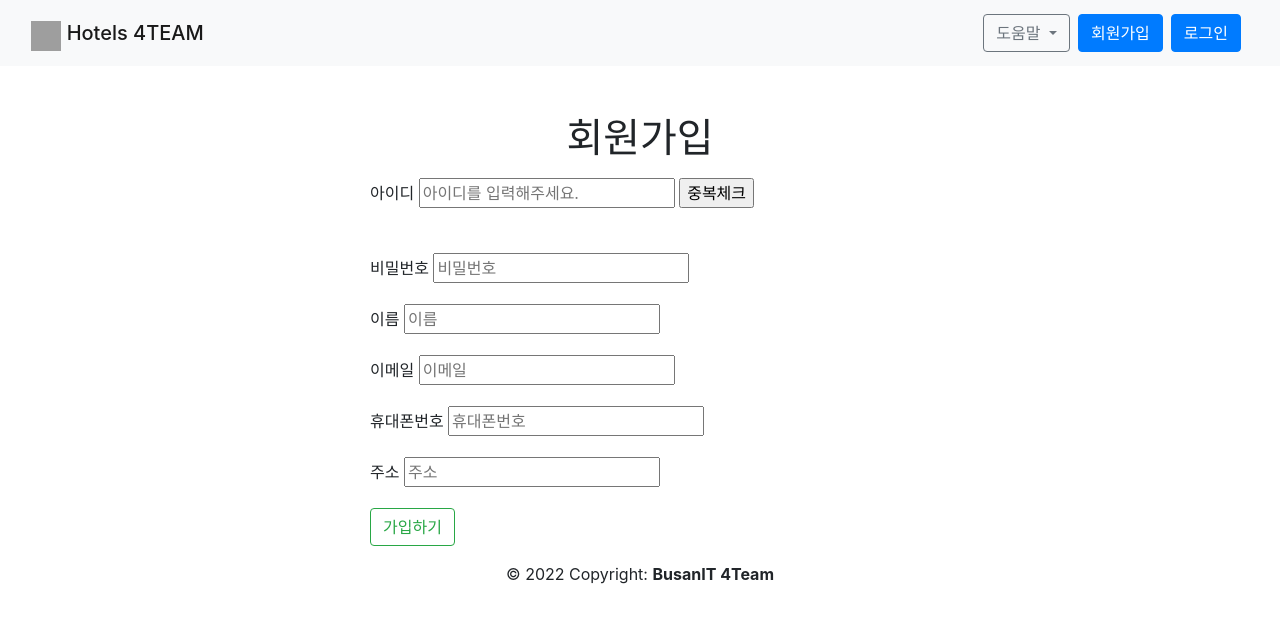
Repository: ShinKioh/Hotel_project
Page: http://localhost/HOTEL/register.jsp
An editor plug-in stored every save of this project. The page is shown before and after the next save, followed by the edit.
The browser window is 1280 px wide. The pictures show the whole page.
Pictures or frames that could not be fetched are drawn as grey boxes. The page is served by Tomcat 9.

Above is the page before, as saved 2022-02-21 00:19:37.

After the next save:
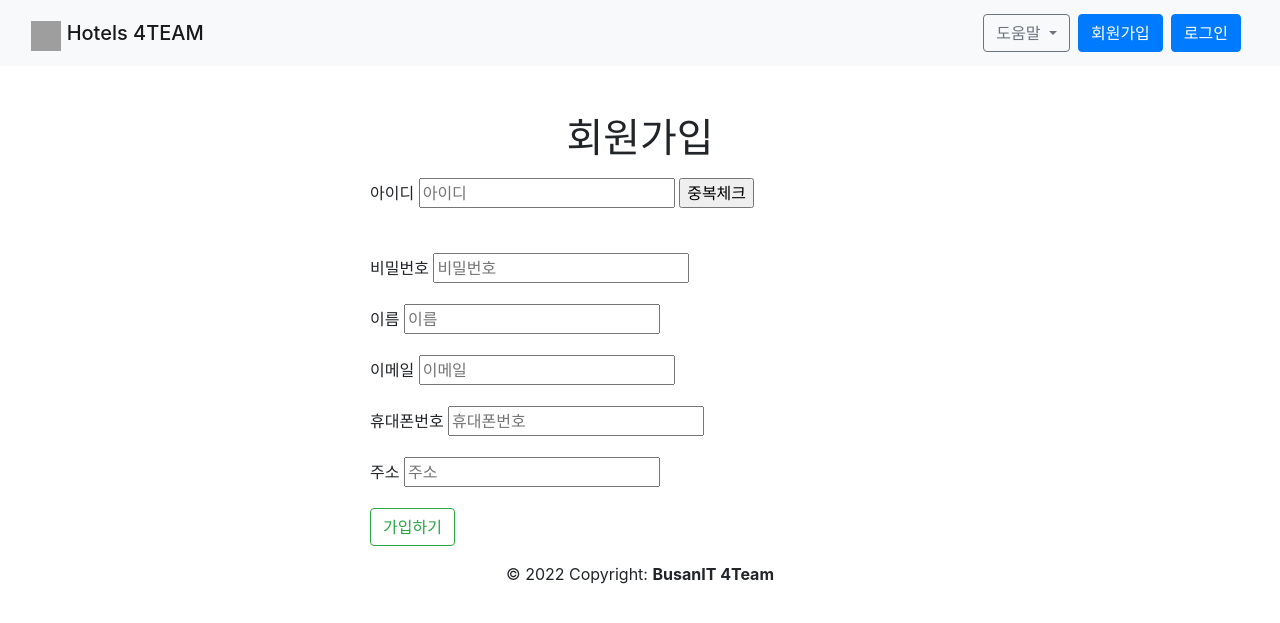
Saved 4 min 49 s later.
--- a/HOTEL/WebContent/register.jsp
+++ b/HOTEL/WebContent/register.jsp
@@ -12,7 +12,7 @@
 	<header>
 		<nav class="navbar navbar-expand-lg navbar-light bg-light">
 			<div class="container-fluid">
-				<a class="navbar-brand" href="main.jsp"> <img
+				<a class="navbar-brand" href="#"> <img
 					src="img/premium-icon-letter-h-5540593.png" alt="" width="30"
 					height="30" class="d-inline-block align-text-top"> <span
 					class="navbar-brand mb-0 h1">Hotels 4TEAM</span>
@@ -38,13 +38,13 @@
 		<div class="row mt-5">
 			<div class="col-md-6 mx-auto">
 				<h1 class="text-center">회원가입</h1>
-				<form action="<%=request.getContextPath()%>/main" method="post">
+				<form action="<%=request.getContextPath()%>/register" method="post">
 					<div class="form-group">
 						<input type="hidden" name="action" value="dologin">
 					</div>
 					<div class="form-group">
 						<label for="id">아이디</label> <input type="text" name="id"
-							placeholder="아이디를 입력해주세요."> <input type="button"
+							placeholder="아이디"> <input type="button"
 							onclick="sendServer()" value="중복체크">
 						<div id="output"></div>
 
@@ -53,17 +53,14 @@
 									.querySelector('input[type="text"]'); // 태그타입으로 선택
 							const output = document.getElementById('output');
 							const request = new XMLHttpRequest(); // Ajax request 객체 생성
-
 							function sendServer() {
 								// 버튼을 누르면 실행되는 함수
 								let id = input.value; // input창에 입력한 값
 								let url = 'idCheck.jsp?id=' + id; // 요청할 jsp페이지 주소
-
 								request.open('GET', url, true);
 								request.send();
 								request.onreadystatechange = getInfo;
 							}
-
 							function getInfo() {
 								if (request.readyState == 4
 										&& request.status == 200) {

After the save that followed:
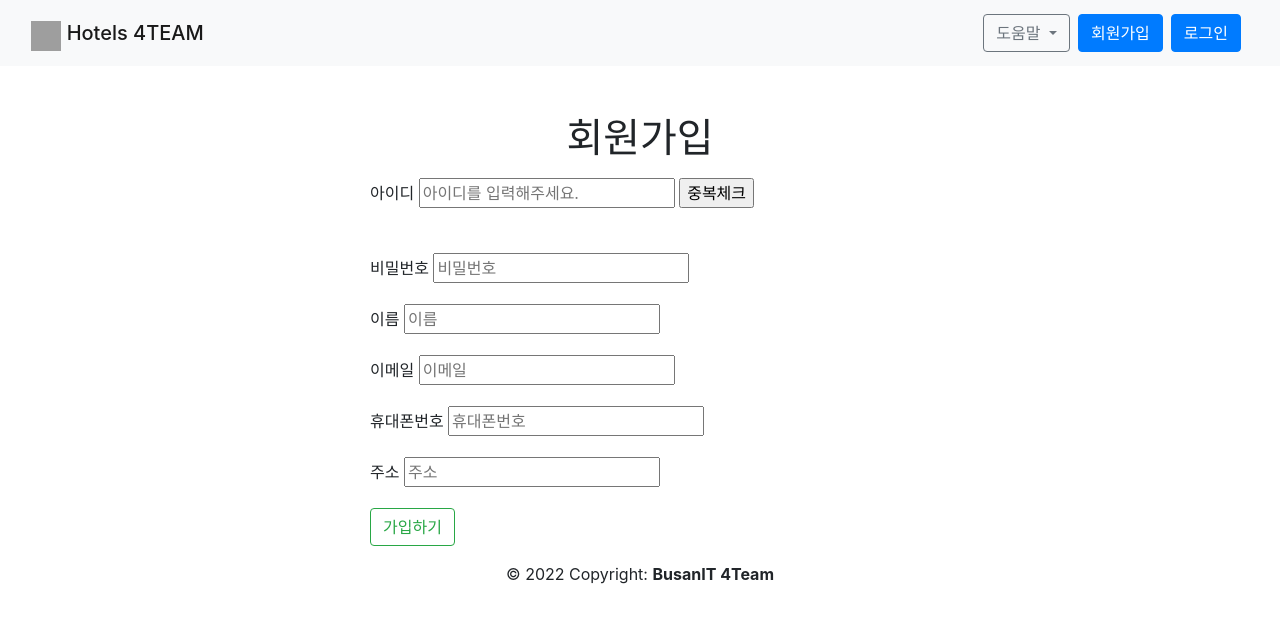
Saved 2 min 1 s later.
--- a/HOTEL/WebContent/register.jsp
+++ b/HOTEL/WebContent/register.jsp
@@ -12,7 +12,7 @@
 	<header>
 		<nav class="navbar navbar-expand-lg navbar-light bg-light">
 			<div class="container-fluid">
-				<a class="navbar-brand" href="#"> <img
+				<a class="navbar-brand" href="main.jsp"> <img
 					src="img/premium-icon-letter-h-5540593.png" alt="" width="30"
 					height="30" class="d-inline-block align-text-top"> <span
 					class="navbar-brand mb-0 h1">Hotels 4TEAM</span>
@@ -38,13 +38,13 @@
 		<div class="row mt-5">
 			<div class="col-md-6 mx-auto">
 				<h1 class="text-center">회원가입</h1>
-				<form action="<%=request.getContextPath()%>/register" method="post">
+				<form action="<%=request.getContextPath()%>/main" method="post">
 					<div class="form-group">
 						<input type="hidden" name="action" value="dologin">
 					</div>
 					<div class="form-group">
 						<label for="id">아이디</label> <input type="text" name="id"
-							placeholder="아이디"> <input type="button"
+							placeholder="아이디를 입력해주세요."> <input type="button"
 							onclick="sendServer()" value="중복체크">
 						<div id="output"></div>
 
@@ -53,14 +53,17 @@
 									.querySelector('input[type="text"]'); // 태그타입으로 선택
 							const output = document.getElementById('output');
 							const request = new XMLHttpRequest(); // Ajax request 객체 생성
+
 							function sendServer() {
 								// 버튼을 누르면 실행되는 함수
 								let id = input.value; // input창에 입력한 값
 								let url = 'idCheck.jsp?id=' + id; // 요청할 jsp페이지 주소
+
 								request.open('GET', url, true);
 								request.send();
 								request.onreadystatechange = getInfo;
 							}
+
 							function getInfo() {
 								if (request.readyState == 4
 										&& request.status == 200) {
